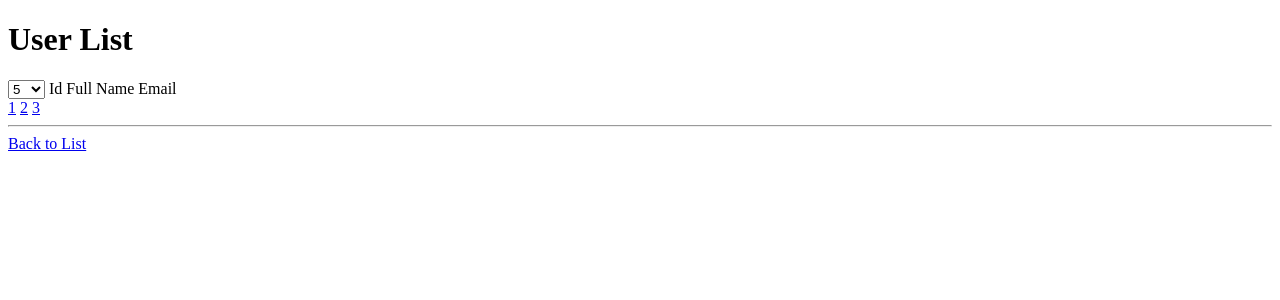
Repository: haitmq97/java-lab
Page: http://localhost/PRJ321x_Project1_haitmqfx22585-test-2/WEB-INF/views/view-page.jsp
These files come from the project's save history. The page is drawn as it stood at one moment and after the next save; the edit follows.
The browser window is 1280 px wide. The pictures show the whole page.
The page is served by Tomcat 9. Nobody is signed in. Other server files are loaded and not shown. The template is opened directly, without the code that normally fills it, so the values that code supplies are empty.

Above is the page before, as saved 2024-01-11 17:39:12.

### PRJ321x_Project1_haitmqfx22585-test-2/WebContent/WEB-INF/views/view-page.jsp
<%@ taglib uri="http://java.sun.com/jsp/jstl/core" prefix="c"%>
<!DOCTYPE html PUBLIC "-//W3C//DTD HTML 4.01 Transitional//EN" "http://www.w3.org/TR/html4/loose.dtd">
<html>
<body>
	<h1>User List</h1>

	<select id="role" name="role">
		<option value="5">5</option>
		<option value="10">10</option>
		<option value="15">15</option>
		<option value="20">20</option>
		<option value="all">all</option>
	</select>
	<f

	<table border="2" width="70%" cellpadding="2">
		<tr>
			<th>Id</th>
			<th>Full Name</th>
			<th>Email</th>
		</tr>
		<c:forEach var="tempUser" items="${msg}">
			<tr>
				<td>${tempUser.id}</td>
				<td>${tempUser.fullName}</td>
				<td>${tempUser.email}</td>
			</tr>
		</c:forEach>
	</table>
	<br />
	<a href="${pageContext.request.contextPath}/user/views/page/1">1</a>
	<a href="${pageContext.request.contextPath}/user/views/page/2">2</a>
	<a href="${pageContext.request.contextPath}/user/views/page/3">3</a>

	<hr>

	<a href="${pageContext.request.contextPath}">Back to List</a>
</body>
</html>

After the next save:
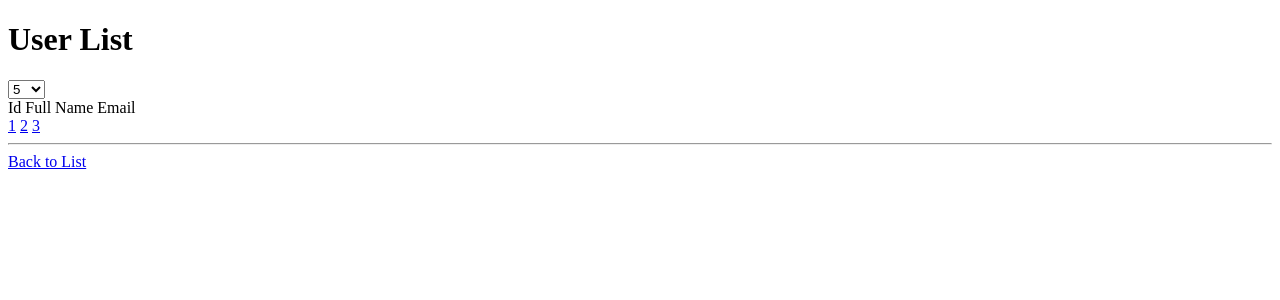
Saved 3 s later.
--- a/PRJ321x_Project1_haitmqfx22585-test-2/WebContent/WEB-INF/views/view-page.jsp
+++ b/PRJ321x_Project1_haitmqfx22585-test-2/WebContent/WEB-INF/views/view-page.jsp
@@ -11,7 +11,7 @@
 		<option value="20">20</option>
 		<option value="all">all</option>
 	</select>
-	<f
+	<form
 
 	<table border="2" width="70%" cellpadding="2">
 		<tr>
